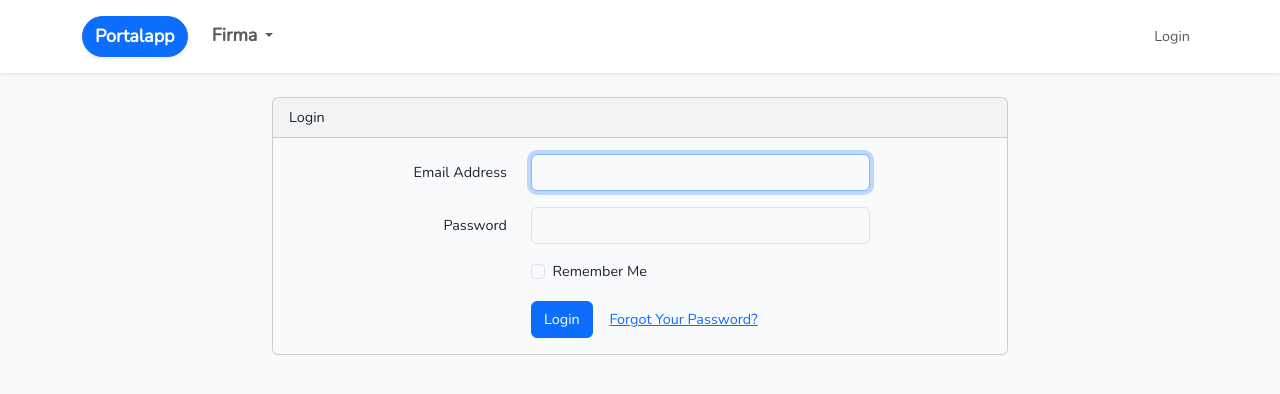
Repository: oguzhansade/portalapp
Page: http://localhost/login
An editor plug-in stored every save of this project. The page is shown before and after the next save, followed by the edit.
The browser window is 1280 px wide. The pictures show the whole page.
The page is served by the project's Laravel application, run on PHP 8.4 with Laravel 9. Other server files are loaded and not shown. Style sheets and scripts are compiled from the project's sources, by tool versions that may differ from the author's.

Above is the page before, as saved 2023-06-29 11:43:12.

### routes/web.php
<?php

use Illuminate\Support\Facades\Route;
use Illuminate\Support\Facades\Auth;

/*
|--------------------------------------------------------------------------
| Web Routes
|--------------------------------------------------------------------------
|
| Here is where you can register web routes for your application. These
| routes are loaded by the RouteServiceProvider within a group which
| contains the "web" middleware group. Now create something great!
|
*/
Route::get('/', function () {
    return view('welcome');
});
Route::get('/schnellanform', [App\Http\Controllers\front\formcraft\FormCraftController::class, 'handleSchnellanfrageForm'])->name('handleSchnellanfrageForm');
Route::get('/privatumzugform', [App\Http\Controllers\front\formcraft\FormCraftController::class, 'handlePrivatumzugForm'])->name('handlePrivatumzugForm');
Route::get('/kontaktform', [App\Http\Controllers\front\formcraft\FormCraftController::class, 'handleKontaktForm'])->name('handleKontaktForm');
Route::get('/reinigungform', [App\Http\Controllers\front\formcraft\FormCraftController::class, 'handleReinigungForm'])->name('handleReinigungForm');
Route::get('/firmenform', [App\Http\Controllers\front\formcraft\FormCraftController::class, 'handleFirmenForm'])->name('handleFirmenForm');
Route::get('/mailTester', [App\Http\Controllers\front\formcraft\FormCraftController::class, 'mailTester'])->name('mailTester');

Auth::routes(['register' => false]);

Route::group(['namespace' => 'front', 'middleware' => ['auth']], function () {
    Route::group(['namespace' => 'home', 'as' => 'home.'], function () {
        Route::get('/', [App\Http\Controllers\front\home\indexController::class, 'index'])->name('index');
    });
    Route::group(['namespace' => 'firma', 'as' => 'firma.','prefix' => 'firma'], function () {
        Route::get('/', [App\Http\Controllers\front\firma\indexController::class, 'index'])->name('index');
        Route::get('/create', [App\Http\Controllers\front\firma\indexController::class, 'create'])->name('create');
        Route::post('/create', [App\Http\Controllers\front\firma\indexController::class, 'store'])->name('store');
        Route::get('/detail/{id}', [App\Http\Controllers\front\firma\indexController::class, 'detail'])->name('detail');
        Route::get('/edit/{id}', [App\Http\Controllers\front\firma\indexController::class, 'edit'])->name('edit');
        Route::post('/edit/{id}', [App\Http\Controllers\front\firma\indexController::class, 'update'])->name('update');
        Route::get('/delete/{id}', [App\Http\Controllers\front\firma\indexController::class, 'delete'])->name('delete');
        Route::post('/data', [App\Http\Controllers\front\firma\indexController::class, 'data'])->name('data');
        Route::post('/recordData/{id}', [App\Http\Controllers\front\firma\indexController::class, 'recordData'])->name('recordData');
    });

    Route::group(['namespace' => 'offerList', 'as' => 'offerList.','prefix' => 'offerList'], function () {
        Route::get('/', [App\Http\Controllers\front\offerList\indexController::class, 'index'])->name('index');
        Route::post('/data', [App\Http\Controllers\front\offerList\indexController::class, 'data'])->name('data');
        Route::post('/statusChanger/{id}/{type}', [App\Http\Controllers\front\offerList\indexController::class, 'statusChanger'])->name('statusChanger');
        Route::get('/statusChanger/{id}/{type}', [App\Http\Controllers\front\offerList\indexController::class, 'statusChanger'])->name('statusChanger');
        Route::get('/detail/{id}/{type}', [App\Http\Controllers\front\offerList\indexController::class, 'detail'])->name('detail');

    });
});



Route::get('/home', [App\Http\Controllers\HomeController::class, 'index'])->name('home');

### resources/views/layouts/app.blade.php
<!doctype html>
<html lang="{{ str_replace('_', '-', app()->getLocale()) }}">
<head>
    <meta charset="utf-8">
    <meta name="viewport" content="width=device-width, initial-scale=1">

    <!-- CSRF Token -->
    <meta name="csrf-token" content="{{ csrf_token() }}">

    <title>{{ config('app.name', 'Laravel') }}</title>

    <!-- Fonts -->
    <link rel="dns-prefetch" href="//fonts.bunny.net">
    <link href="https://fonts.bunny.net/css?family=Nunito" rel="stylesheet">
    <link href="{{ asset('assets/vendors/material-icons/material-icons.css') }}" rel="stylesheet" type="text/css">
    <link href="{{ asset('assets/vendors/mono-social-icons/monosocialiconsfont.css') }}" rel="stylesheet" type="text/css">
    <link href="{{ asset('assets/vendors/feather-icons/feather.css') }}" rel="stylesheet" type="text/css">
    <style>
        .b-shadow {
            box-shadow: rgba(0, 0, 0, 0.17) 0px -23px 25px 0px inset, rgba(0, 0, 0, 0.15) 0px -36px 30px 0px inset, rgba(0, 0, 0, 0.1) 0px -79px 40px 0px inset, rgba(0, 0, 0, 0.06) 0px 2px 1px, rgba(0, 0, 0, 0.09) 0px 4px 2px, rgba(0, 0, 0, 0.09) 0px 8px 4px, rgba(0, 0, 0, 0.09) 0px 16px 8px, rgba(0, 0, 0, 0.09) 0px 32px 16px;
        }
        .custom-font {
            color: white;
            font-weight: 700;
        }
        .rounded-custom {
            border-radius: 35px;
        }
        a.dropdown-item:hover {
            background-color: #094AA9;
            color:white;
        }
    </style>
    <!-- Scripts -->
    @vite(['resources/sass/app.scss', 'resources/js/app.js'])
    @yield('header')
</head>
<body>
    <div id="app">
        <nav class="navbar navbar-expand-md navbar-light bg-white shadow-sm ">
            <div class="container py-2">
                <a class="btn btn-primary rounded-pill text-white navbar-brand shadow-sm" href="{{ url('/') }}">
                    <b>{{ config('app.name', 'Laravel') }}</b>
                </a>
                <button class="navbar-toggler" type="button" data-bs-toggle="collapse" data-bs-target="#navbarSupportedContent" aria-controls="navbarSupportedContent" aria-expanded="false" aria-label="{{ __('Toggle navigation') }}">
                    <span class="navbar-toggler-icon"></span>
                </button>

                <div class="collapse navbar-collapse " id="navbarSupportedContent">
                    <!-- Left Side Of Navbar -->
                    <ul class="navbar-nav me-auto ">
                        <li class="nav-item dropdown ml-5">
                            <a id="navbarDropdown" class="nav-link dropdown-toggle " href="#" role="button" data-bs-toggle="dropdown" aria-haspopup="true" aria-expanded="false" v-pre>
                               <strong class="h5 " style="font-weight: bolder;">Firma</strong>
                            </a>

                            <div class="dropdown-menu" aria-labelledby="navbarDropdown">
                                <a class="dropdown-item h5" href="{{ route('firma.index') }}">
                                    Firma Listesi
                                </a>
                                <a class="dropdown-item h5" href="{{ route('firma.create') }}">
                                    Firma Ekle
                                </a>
                            </div>
                        </li>
                    </ul>

                    <!-- Right Side Of Navbar -->
                    <ul class="navbar-nav ms-auto">
                        <!-- Authentication Links -->
                        @guest
                            @if (Route::has('login'))
                                <li class="nav-item">
                                    <a class="nav-link" href="{{ route('login') }}">{{ __('Login') }}</a>
                                </li>
                            @endif

                            @if (Route::has('register'))
                                <li class="nav-item">
                                    <a class="nav-link" href="{{ route('register') }}">{{ __('Register') }}</a>
                                </li>
                            @endif
                        @else
                            <li class="nav-item dropdown">
                                <a id="navbarDropdown" class="nav-link dropdown-toggle h4 px-4 py-2 bg-primary text-white b-shadow rounded-custom" href="#" role="button" data-bs-toggle="dropdown" aria-haspopup="true" aria-expanded="false" v-pre>
                                    {{ Auth::user()->name }}
                                </a>

                                <div class="dropdown-menu dropdown-menu-end" aria-labelledby="navbarDropdown">
                                    <a class="dropdown-item" href="{{ route('logout') }}"
                                       onclick="event.preventDefault();
                                                     document.getElementById('logout-form').submit();">
                                        {{ __('Logout') }}
                                    </a>

                                    <form id="logout-form" action="{{ route('logout') }}" method="POST" class="d-none">
                                        @csrf
                                    </form>
                                </div>
                            </li>
                        @endguest
                    </ul>
                </div>
            </div>
        </nav>

        <main class="py-4">
            @yield('content')
        </main>
    </div>
    <script src="https://code.jquery.com/jquery-3.6.0.min.js"></script>
    @yield('footer')
</body>
</html>

Loaded but not shown: app/Http/Controllers/Auth/ConfirmPasswordController.php (common file); app/Http/Controllers/Controller.php (common file); app/Http/Controllers/Auth/LoginController.php (common file); resources/views/auth/login.blade.php (common file); public/assets/vendors/material-icons/material-icons.css (common file); public/assets/vendors/mono-social-icons/monosocialiconsfont.css (common file); public/assets/vendors/feather-icons/feather.css (library); resources/sass/app.scss (common file); resources/sass/_variables.scss (common file)

After the next save:
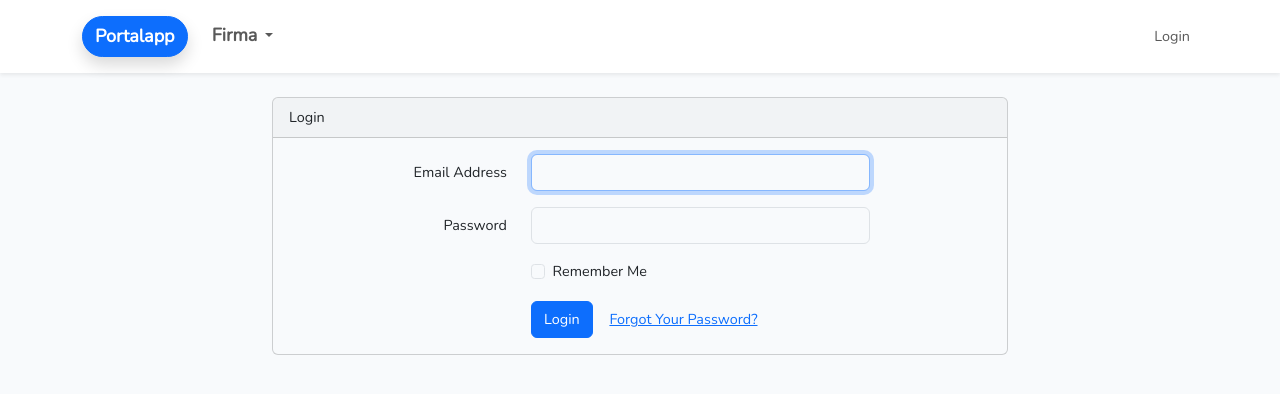
Saved 6 s later.
--- a/resources/views/layouts/app.blade.php
+++ b/resources/views/layouts/app.blade.php
@@ -39,7 +39,7 @@
     <div id="app">
         <nav class="navbar navbar-expand-md navbar-light bg-white shadow-sm ">
             <div class="container py-2">
-                <a class="btn btn-primary rounded-pill text-white navbar-brand shadow-sm" href="{{ url('/') }}">
+                <a class="btn btn-primary rounded-pill text-white navbar-brand shadow" href="{{ url('/') }}">
                     <b>{{ config('app.name', 'Laravel') }}</b>
                 </a>
                 <button class="navbar-toggler" type="button" data-bs-toggle="collapse" data-bs-target="#navbarSupportedContent" aria-controls="navbarSupportedContent" aria-expanded="false" aria-label="{{ __('Toggle navigation') }}">
